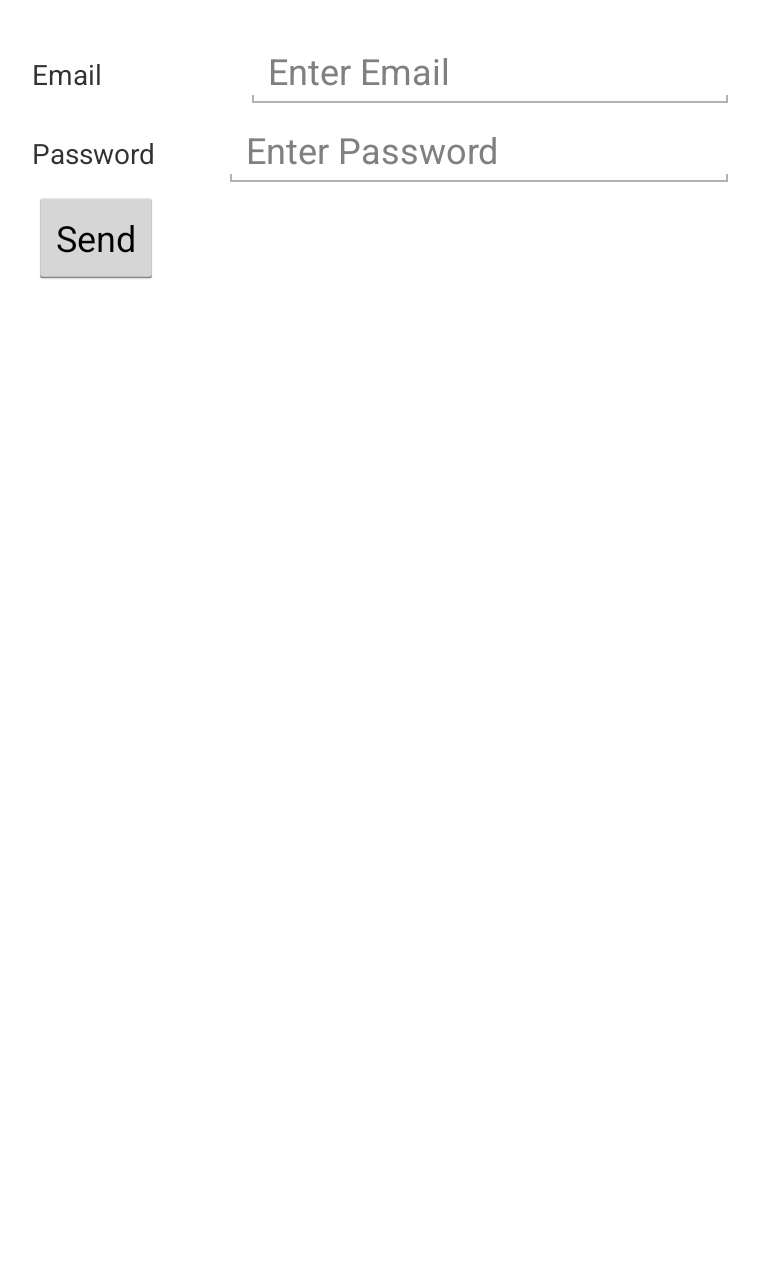
Repository: akhilnambiar/CS186_warmup1
Layout: frontend copy/LoginCounter/res/layout/activity_main.xml
The author's editor kept a copy of each file at every save. The layout is drawn from the files as they stood at one save, then again after the next save.
It is drawn on a 768 x 1280 px phone screen (xhdpi) without system bars, with theme AppTheme; the app's code is not run.

Above is the layout before, as saved 2014-02-19 05:42:09.

### frontend copy/LoginCounter/res/layout/activity_main.xml
<LinearLayout xmlns:android="http://schemas.android.com/apk/res/android"
    xmlns:tools="http://schemas.android.com/tools"
    android:layout_width="match_parent"
    android:layout_height="match_parent"
    android:paddingBottom="@dimen/activity_vertical_margin"
    android:paddingLeft="@dimen/activity_horizontal_margin"
    android:paddingRight="@dimen/activity_horizontal_margin"
    android:paddingTop="@dimen/activity_vertical_margin"
    android:orientation="vertical"
    tools:context=".MainActivity" >
    <LinearLayout
        android:layout_width="fill_parent"
   	    android:layout_height="wrap_content" >
    <TextView
       android:id="@+id/tvEmail"
       android:layout_width="50dp"
       android:layout_height="wrap_content"
       android:text="@string/email_tag"
       android:layout_weight="3"/>
	<EditText android:id="@+id/edit_message"
        android:layout_width="wrap_content"
        android:layout_height="wrap_content"
        android:hint="@string/email_message"
        android:layout_weight="7" />
	</LinearLayout>
	<LinearLayout
	    android:layout_width="fill_parent"
   	    android:layout_height="wrap_content">
	<TextView
       android:id="@+id/tvPass"
       android:layout_width="50dp"
       android:layout_height="wrap_content"
       android:text="@string/pass_tag"
       android:layout_weight="3" />
    <EditText android:id="@+id/pass_message"
        android:layout_width="wrap_content"
        android:layout_height="wrap_content"
        android:hint="@string/pass_message"
        android:layout_weight="7" />
    </LinearLayout>
    <Button
        android:layout_width="wrap_content"
        android:layout_height="wrap_content"
        android:text="@string/button_send"
        android:onClick="sendMessage"/>
</LinearLayout>

### frontend copy/LoginCounter/res/values/strings.xml
<?xml version="1.0" encoding="utf-8"?>
<resources>

    <string name="app_name">LoginCounter</string>
    <string name="button_send">Send</string>
    <string name="title_activity_main">Main Activity</string>
    <string name="action_settings">Settings</string>
    <string name="hello_world">Hello world!</string>
    <string name="edit_message">Enter a Message</string>
    <string name="email_message">Enter Email</string>
    <string name="pass_message">Enter Password</string>
    <string name="email_tag">Email</string>
    <string name="pass_tag">Password</string>
    <string name="title_activity_display_message">My Message</string>

</resources>

Loaded but not shown: frontend copy/LoginCounter/res/values/styles.xml (common file); frontend copy/LoginCounter/res/values-v11/styles.xml (common file); frontend copy/LoginCounter/res/values-v14/styles.xml (common file); frontend copy/LoginCounter/res/values/dimens.xml (common file)

After the next save:
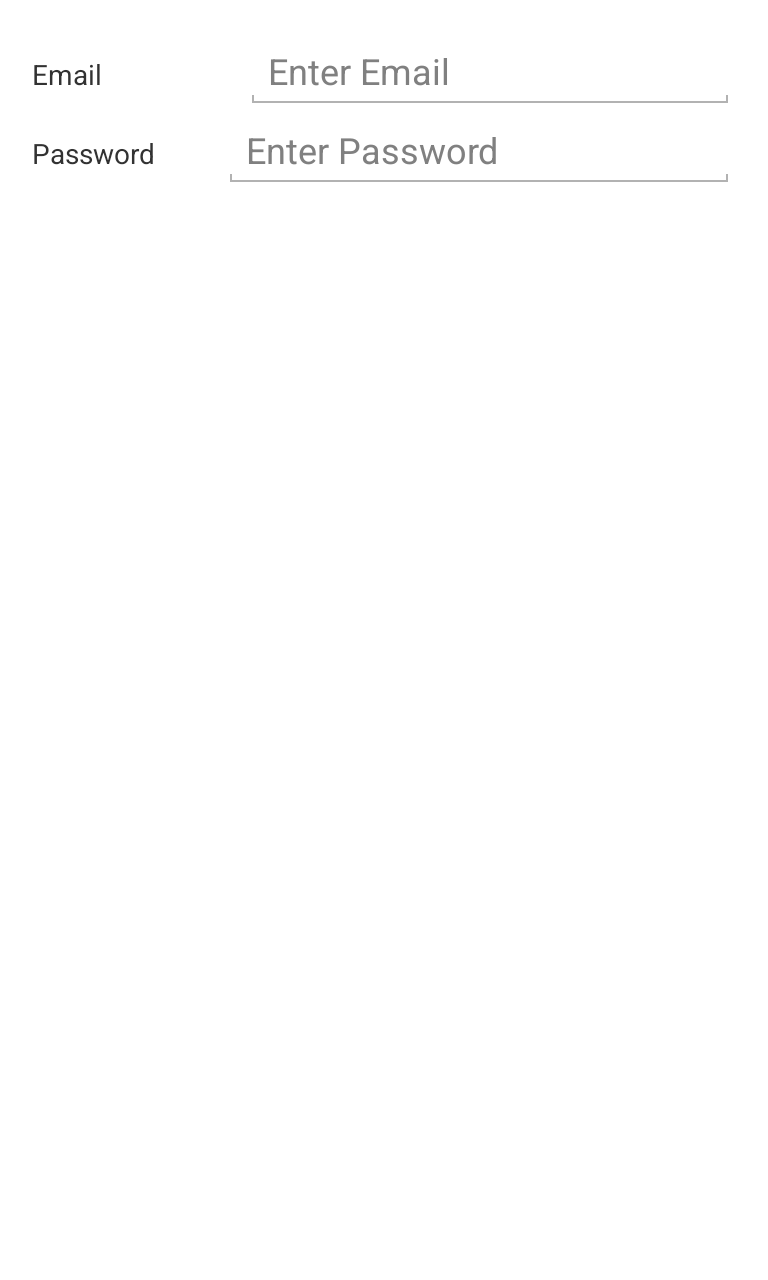
Saved 7 s later.
--- a/frontend copy/LoginCounter/res/layout/activity_main.xml
+++ b/frontend copy/LoginCounter/res/layout/activity_main.xml
@@ -38,9 +38,11 @@
         android:hint="@string/pass_message"
         android:layout_weight="7" />
     </LinearLayout>
+    </LinearLayout>
     <Button
         android:layout_width="wrap_content"
         android:layout_height="wrap_content"
         android:text="@string/button_send"
         android:onClick="sendMessage"/>
+    </LinearLayout>
 </LinearLayout>

After the save that followed:
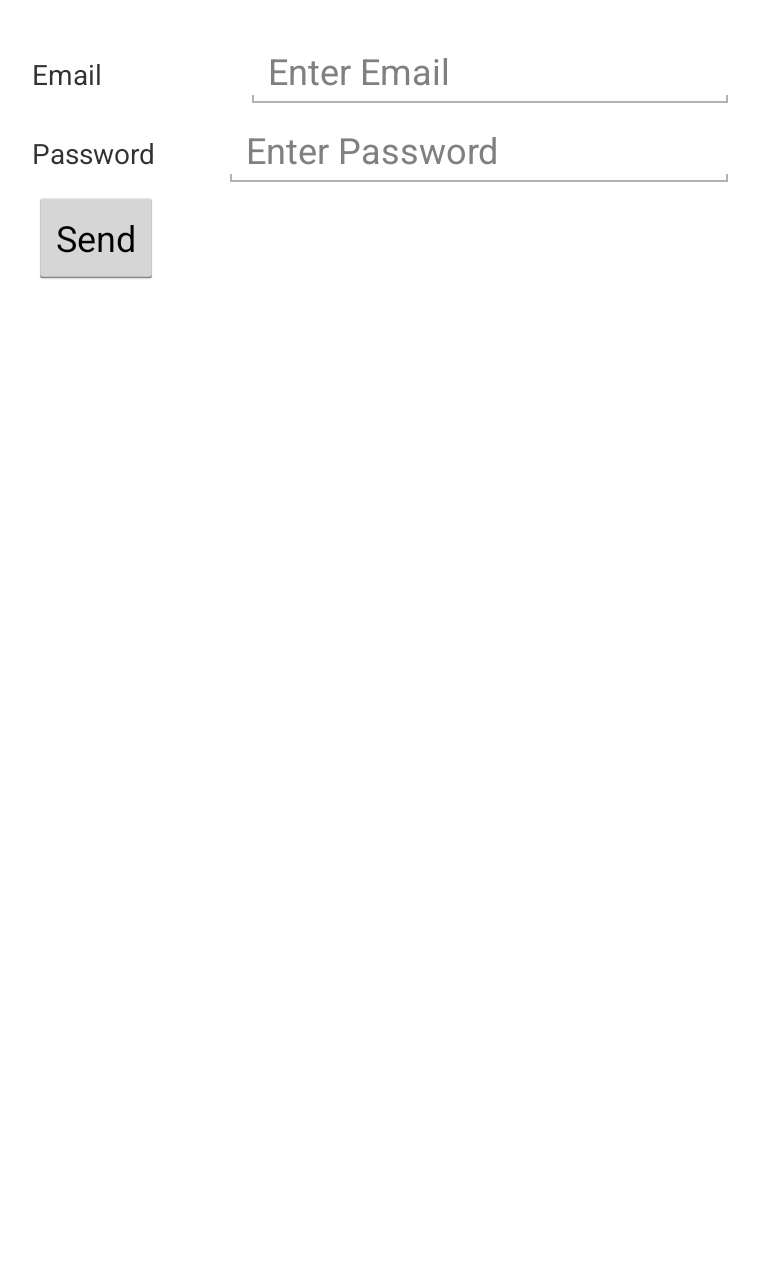
Saved 18 s later.
--- a/frontend copy/LoginCounter/res/layout/activity_main.xml
+++ b/frontend copy/LoginCounter/res/layout/activity_main.xml
@@ -38,7 +38,9 @@
         android:hint="@string/pass_message"
         android:layout_weight="7" />
     </LinearLayout>
-    </LinearLayout>
+    <LinearLayout
+        android:layout_width="fill_parent"
+   	    android:layout_height="wrap_content">
     <Button
         android:layout_width="wrap_content"
         android:layout_height="wrap_content"
